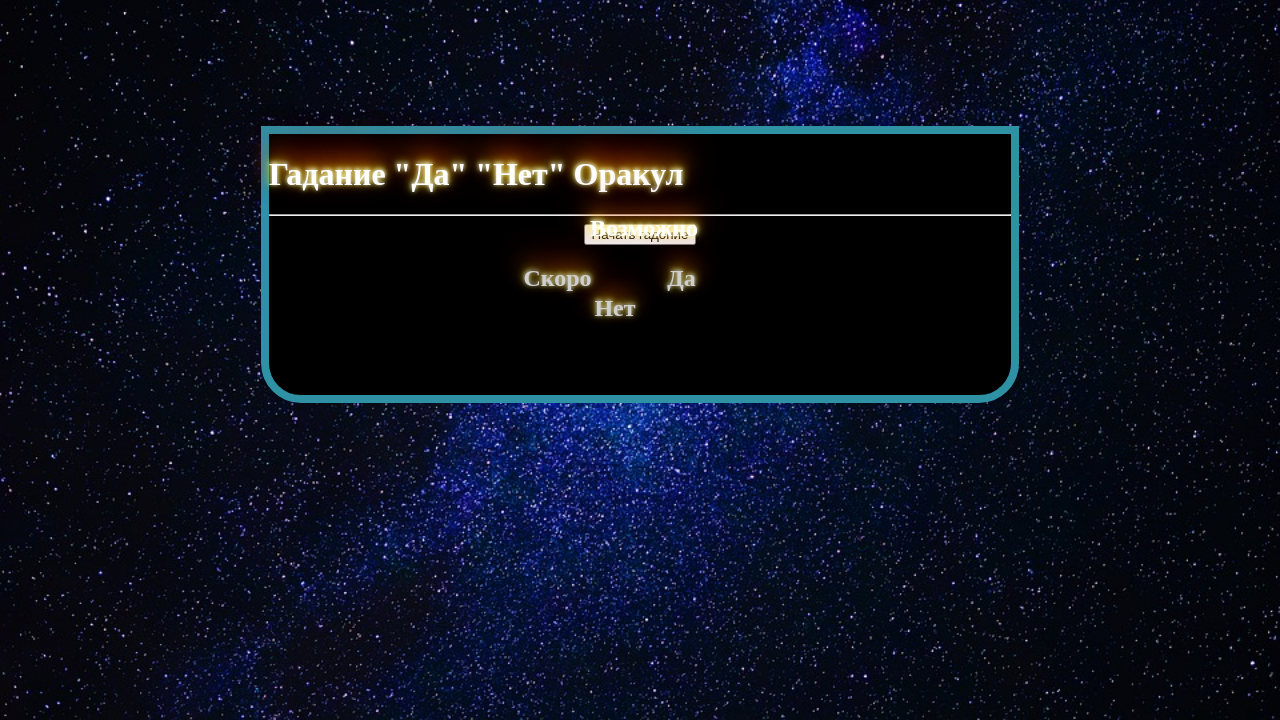
Repository: vadhub/JSP-Service
Page: http://localhost/JSPage/index.jsp
These files come from the project's save history. The page is drawn as it stood at one moment and after the next save; the edit follows.
The browser window is 1280 px wide. The pictures show the whole page.
After loading, the first visible `#stt` was clicked once.
The page is served by Tomcat 9. Other server files are loaded and not shown.

Above is the page before, as saved 2019-07-25 12:23:47.
Console error: TypeError: Cannot read properties of null (reading 'style')

### JSPage/WebContent/index.jsp
<%@page import="java.io.PrintWriter"%>
<%@ page language="java" contentType="text/html; charset=UTF-8" pageEncoding="UTF-8"%>
<!DOCTYPE html>
<html>
<head>
<meta charset="UTF-8">
<title>Service</title>

<link rel="stylesheet" href="${pageContext.request.contextPath}/styles.css">
<script type="text/javascript" src="${pageContext.request.contextPath}/scripts.js"></script>

</head>
<body>
<div class=cont>
<h1>Гадание "Дa" "Нет"     Оракул</h1>

<hr/>
<%!String answers[] = {"Да", "Нет", "Возможно", "Скоро"}; %>
<%!int i = (int) (Math.random()*4); %>


<center>
 <form method="post">

 </form>

 <input id ="stt" type="button" onclick = "anima_start()" name="button1" value="Начать гадоние"/>

<div>
 	<div class="loader" id="anima">
 	<span id ="s1"><h2>Да</h2></span>
  	<span id ="s2"><h2>Нет</h2></span>
  	<span id ="s2"><h2>Возможно</h2></span>
  	<span id ="s3"><h2>Скоро</h2></span>

  	<h1 id = "main" class = "fol"><%if(request.getParameter("button1") != null){ %>
		<%= answers[i]%>
		<%}%>
	</h1>
	</div>
</div>
<center/>

</div>
</body>
</html>

### JSPage/WebContent/styles.css
h1{

	color: #FFFFFF;
	background: #000;
	text-shadow: 0 -1px 4px #FFF, 0 -2px 10px #ff0, 0 -10px 20px #ff8000, 0 -18px 40px #F00;
}


div.cont{
	margin-top:10%;
	margin-bottom:-5%;
	margin-left:20%;
	margin-right:20%;
	border: 8px solid #2E91A4;
	border-radius: 0px 0px 40px 40px;
	background: #000;
}
@keyframes span-1 {
  0% {transform:translate(100px);}
  50% {transform:translate(50px);}
  100%{transform:translate(0);}
  from { opacity: 1; }
    to { opacity: 0; }
  }
@keyframes span-2 {
   0% {transform:translate(0px, 50px);}
  50% {transform:translate(0, 20px);}
  100%{transform:translate(0);}
  from { opacity: 1; }
    to { opacity: 0; }
  }
@keyframes span-3 {
   0% {transform:translate(0px, -50px);}
  50% {transform:translate(0, -20px);}
  100%{transform:translate(0);}
  from { opacity: 1; }
    to { opacity: 0; }
  }
@keyframes span-4 {
  0% {transform:translate(-100px);}
  50% {transform:translate(-50px);}
  100%{transform:translate(0);}
  from { opacity: 1; }
    to { opacity: 0; }
  }

  @keyframes  h1-2{

  from { opacity: 0; }
    to { opacity: 1; }

  }

.loader {
  width: 100px;
  height: 100px;
  position: relative;
  padding-top: 50px;
  animation: loader 2s infinite ease-in-out;
  color: #FFFFFF;
  text-shadow: 0 -1px 4px #FFF, 0 -2px 10px #ff0, 0 -10px 20px #ff8000, 0 -18px 40px #F00;

}

.loader span {
  width: 50px;
  height: 50px;
  position: absolute;
  left: 0;
  top: 0;

}

.fol {
 	animation: h1-2 5s ease-in-out;
 	animation-play-state: paused;
}
.loader span:nth-child(1) {
 	animation: span-1 5s ease-in-out;
 	opacity: 0;
 	animation-play-state: paused;
}
.loader span:nth-child(2) {
  animation: span-2 5s ease-in-out;
  opacity: 0;
  animation-play-state: paused;
}
.loader span:nth-child(3) {
  animation: span-3 5s ease-in-out;
  opacity: 0;
  animation-play-state: paused;
}
.loader span:nth-child(4) {
  animation: span-4 5s ease-in-out;
  opacity: 0;
  animation-play-state: paused;
  }

body{
	background: url(0.jpg) no-repeat;
    -moz-background-size: 100%; /* Firefox 3.6+ */
    -webkit-background-size: 100%; /* Safari 3.1+ è Chrome 4.0+ */
    -o-background-size: 100%; /* Opera 9.6+ */
    background-size: 100%; /* Ñîâðåìåííûå áðàóçåðû *
}

### JSPage/WebContent/scripts.js

function anima_start(){

	document.getElementById('s1').style.animationPlayState = "running";
	document.getElementById('s2').style.animationPlayState = "running";
	document.getElementById('s3').style.animationPlayState = "running";
	document.getElementById('s4').style.animationPlayState = "running";

	document.getElementById('main').style.animationPlayState = "running";

  }

After the next save:
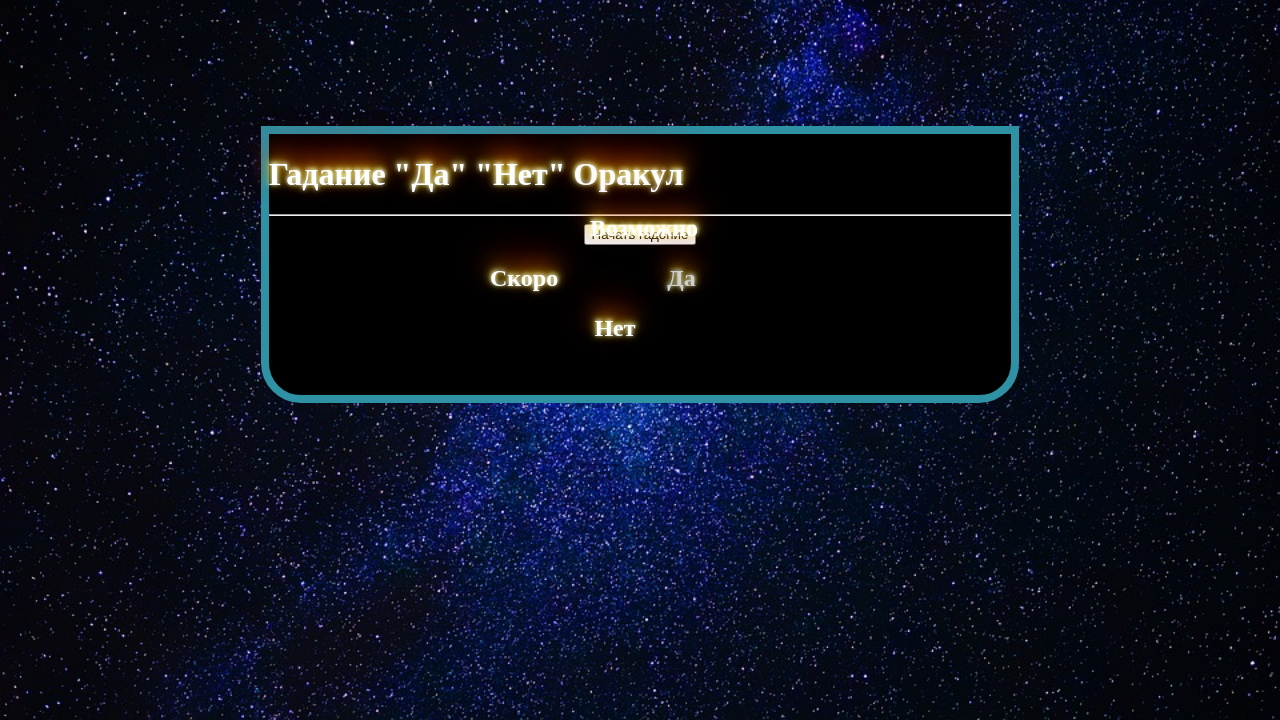
The error is gone.
Saved 9 min 18 s later.
--- a/JSPage/WebContent/scripts.js
+++ b/JSPage/WebContent/scripts.js
@@ -2,9 +2,6 @@
 function anima_start(){
 
 	document.getElementById('s1').style.animationPlayState = "running";
-	document.getElementById('s2').style.animationPlayState = "running";
-	document.getElementById('s3').style.animationPlayState = "running";
-	document.getElementById('s4').style.animationPlayState = "running";
 
 	document.getElementById('main').style.animationPlayState = "running";
 
